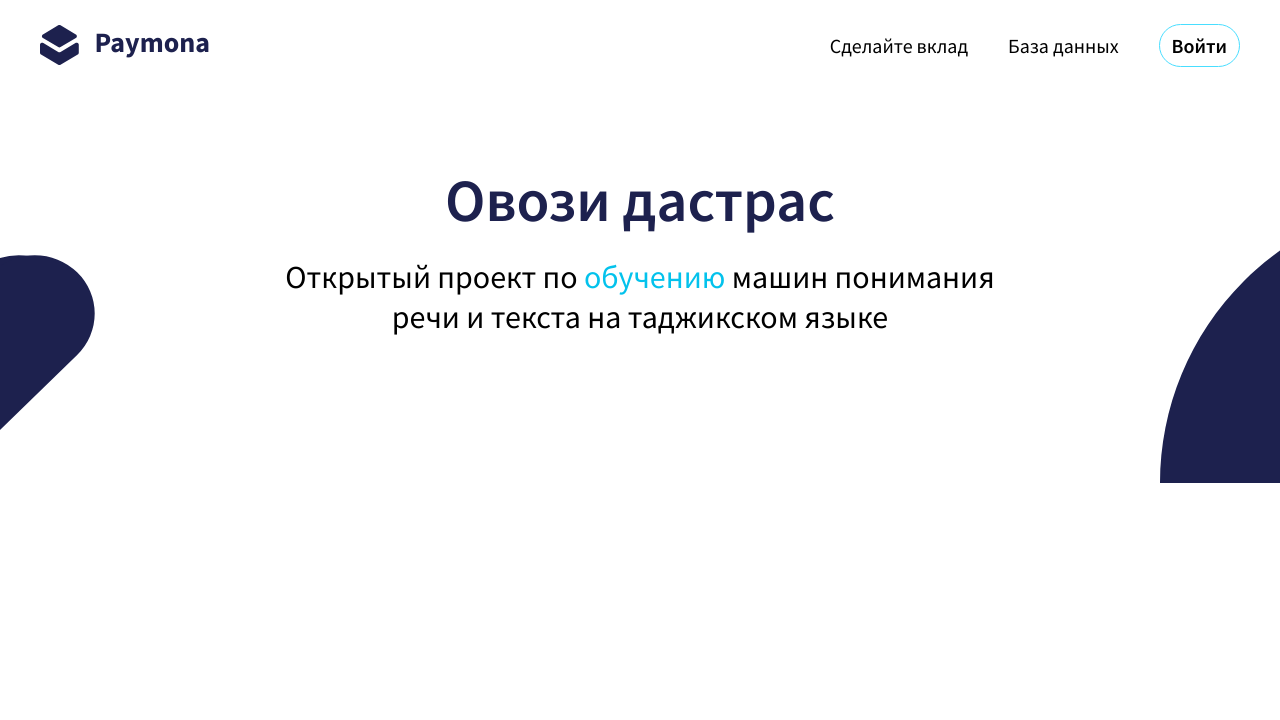
Repository: Amin444/Paymona-Sadp
Page: index.html
An editor plug-in stored every save of this project. The page is shown before and after the next save, followed by the edit.
The browser window is 1280 px wide. The pictures show the whole page.

Above is the page before, as saved 2021-11-11 14:37:55.

After the next save:
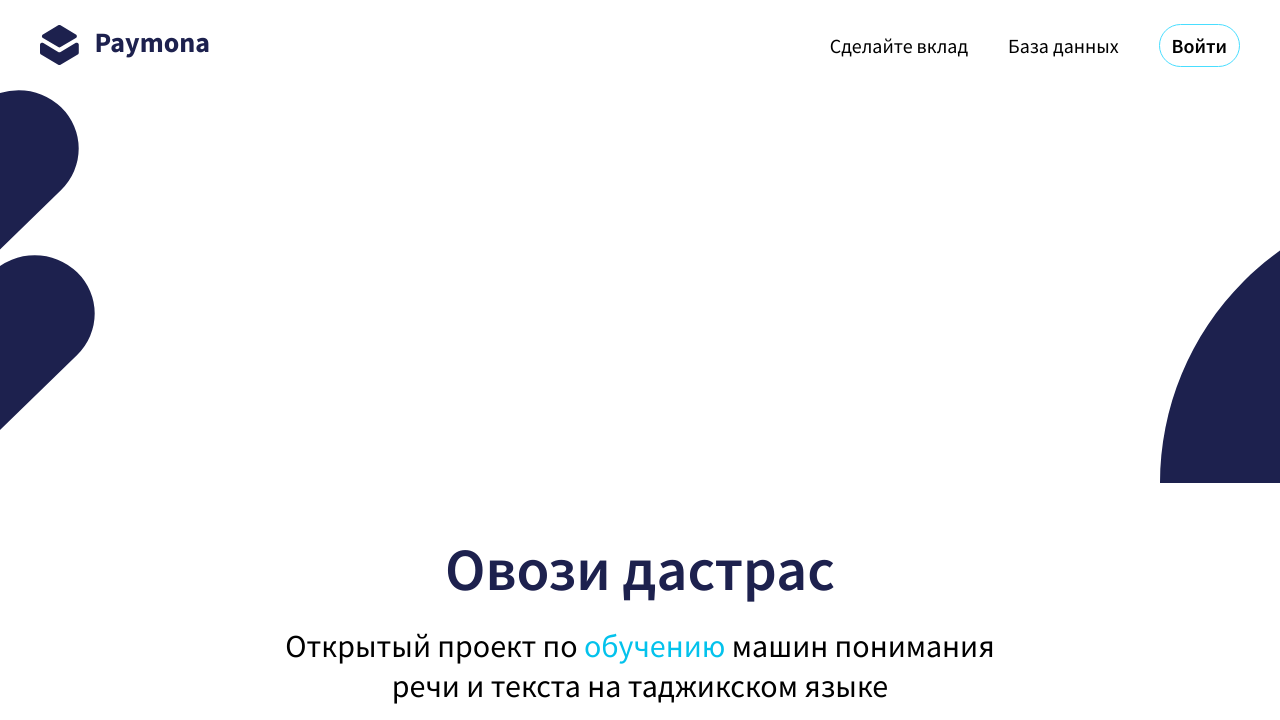
Saved 11 s later.
--- a/index.html
+++ b/index.html
@@ -31,7 +31,7 @@
            </svg>
          </div>
 
-         <div class="rectangle">
+         <div class="rectangle2">
            <svg width="79" height="365" viewBox="0 0 79 365" fill="none" xmlns="http://www.w3.org/2000/svg">
              <rect width="118.426" height="472.716" rx="59.2128" transform="matrix(0.716507 0.69758 -0.716507 0.69758 18.7041 -24)" fill="#1D214E"/>
            </svg>

After the 2 saves that followed:
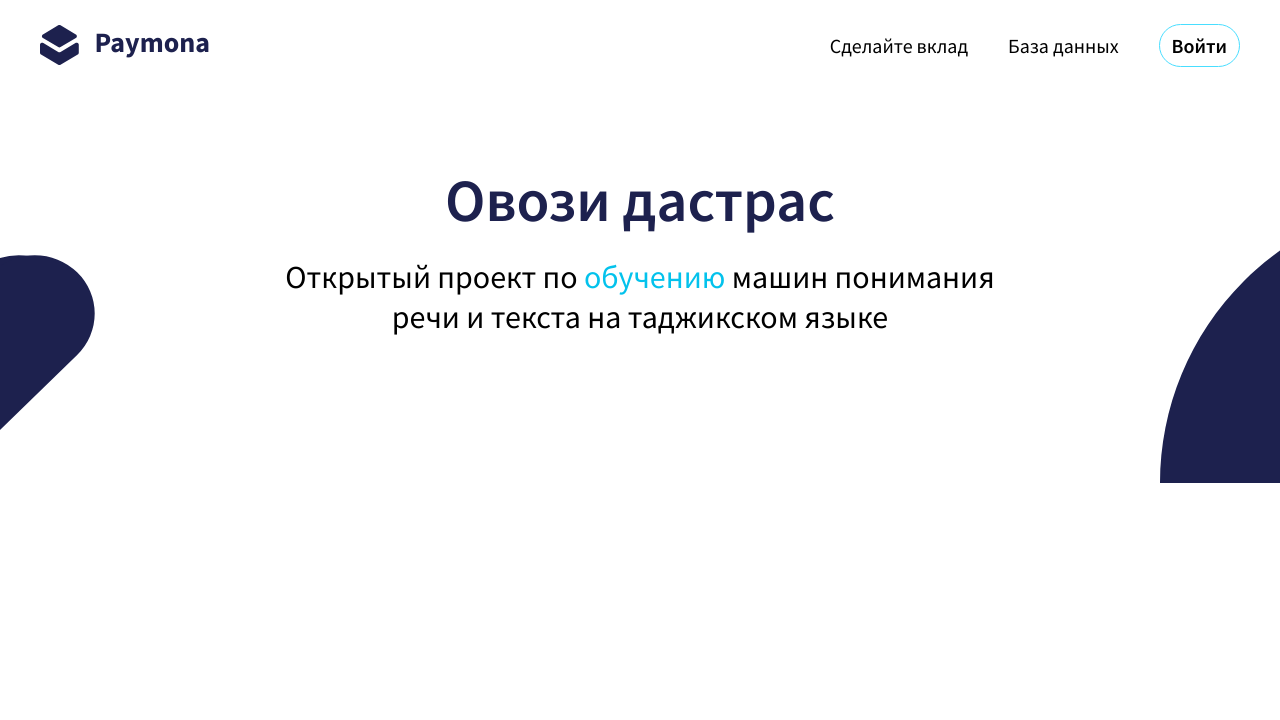
The 2 saves are shown as one change because they came seconds apart.
The last was saved 8 s later.
--- a/style.css
+++ b/style.css
@@ -86,3 +86,7 @@ blue{
   position: absolute;
   top: 255px
 }
+.rectangle2{
+  position: absolute;
+  top: 255px
+}
